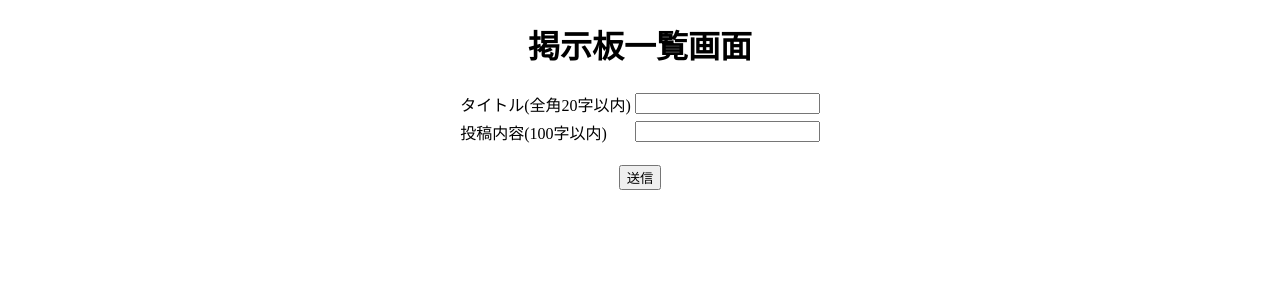
Repository: okaeriko714/senbonNock
Page: http://localhost/senbonNock/jsp/defaultMenu.jsp
An editor plug-in stored every save of this project. The page is shown before and after the next save, followed by the edit.
The browser window is 1280 px wide. The pictures show the whole page.
The page is served by Tomcat 10.

Above is the page before, as saved 2024-03-22 01:11:22.

After the next save:
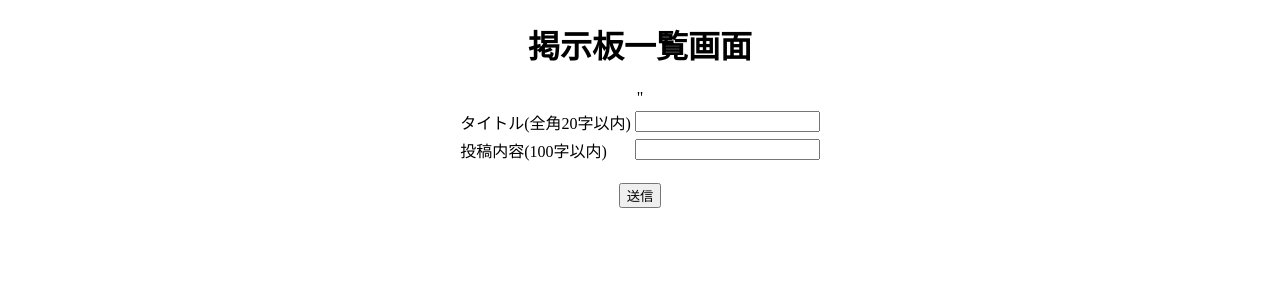
Saved 3 min 47 s later.
--- a/senbonNock/src/main/webapp/jsp/defaultMenu.jsp
+++ b/senbonNock/src/main/webapp/jsp/defaultMenu.jsp
@@ -9,7 +9,7 @@
 <body>
 	<div align="center">
 		<h1>掲示板一覧画面</h1>
-		<form action="<c:url value="/MessageBoardList" method="POST"/>
+		<form action="<c:url value="/MessageBoardList" method="POST"/>"
 			<table>
 				<tr>
 					<td>タイトル(全角20字以内)</td>
